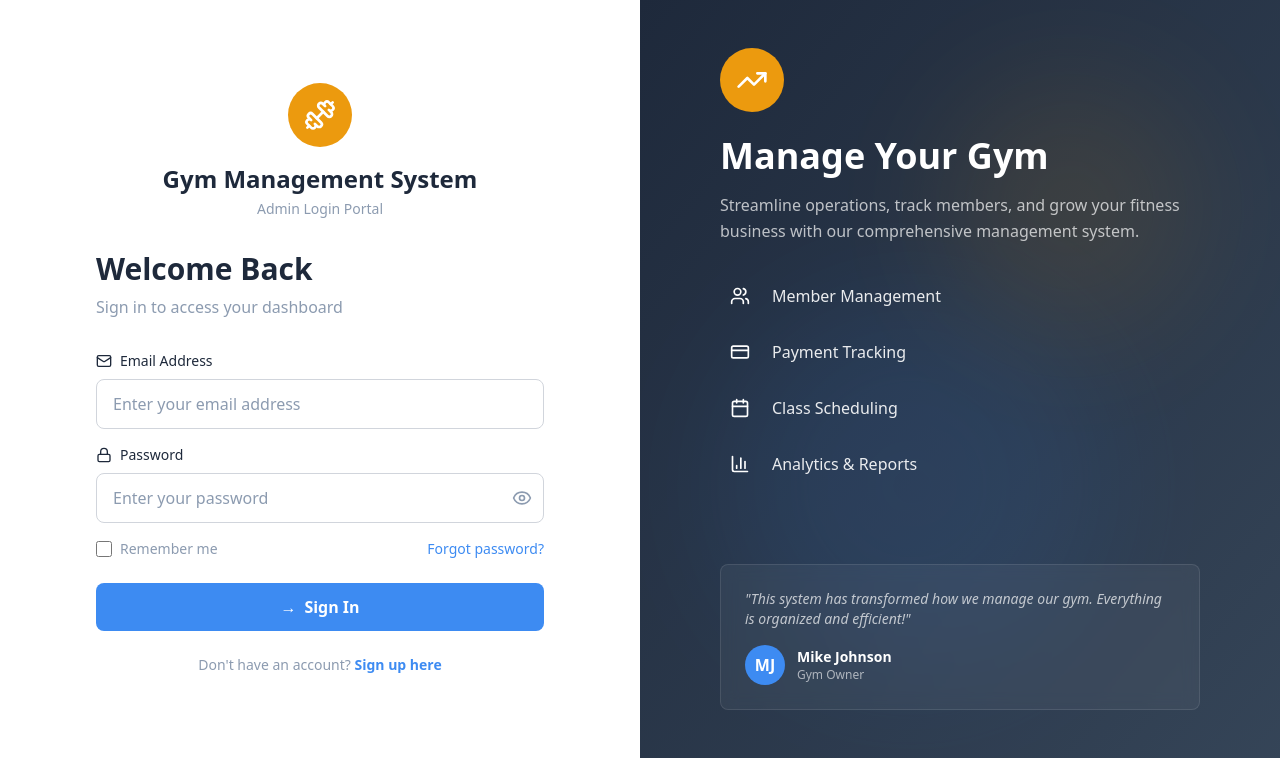
Repository: MuhammadTalhaTaj/gym_management_app_backend
Page: /login (app in frontend/)
These files come from the project's save history. The page is drawn as it stood at one moment and after the next save; the edit follows.
The browser window is 1280 px wide. The pictures show the whole page.
The project was rebuilt for these pictures with package versions that can differ from the ones it lists, and the page was loaded fresh each time. Also part of the build but not shown: frontend/vite.config.ts, frontend/src/assets/styles/AdminHeader.css, frontend/src/Components/AdminHeader.tsx, frontend/src/assets/styles/AdminDashboard.css, frontend/src/hooks/useDashboardData.ts, frontend/src/assets/styles/AdminDashboardStats.css, frontend/src/Components/AdminDashboardStats.tsx, frontend/src/Components/IncomeExpenseChart.tsx and 33 more.

Above is the page before, as saved 2025-11-20 15:00:06.

### frontend/index.html
<!doctype html>
<html lang="en">
  <head>
    <meta charset="UTF-8" />
    <link rel="icon" type="image/svg+xml" href="/vite.svg" />
    <meta name="viewport" content="width=device-width, initial-scale=1.0" />
    <title>GymManagement</title>
  </head>
  <body>
    <div id="root"></div>
    <script type="module" src="/src/main.tsx"></script>
  </body>
</html>

### frontend/src/index.css
@import "tailwindcss";
:root{
  padding: 0;
  margin: 0;
  box-sizing: border-box;
  --primary-100:#364659;
  --primary-200:#1E293B;
  --primary-300:#8C9BB0;
  --secondary-100: #EC9A0E;
  --secondary-200:#595446;
  --tertiary-100: #F24949;
  --tertiary-100-30: #584252;
  --tertiary-200: #F47117;
  --tertiary-200-30: #5A4B48;
  --tertiary-300: #11BF7F;
  --tertiary-300-30: #2B595E;
  --tertiary-400: #3D8BF2;
  --tertiary-400-30: #344E75;
  --tertiary-500: #94A3B8;
  --tertiary-600: #1E293B;
}
body{
  padding: 0;
  margin: 0;
}
.adminMain{
  display: flex;
  margin: 0;
  justify-content: space-between;
  padding: 0;
  /* border: 2px solid blue; */
}
@media all and (max-width:700px) {
  .adminMain{
    flex-direction: column;
  }
}

### frontend/src/pages/Admin/Login.tsx
// src/pages/Login.tsx
import { useState } from 'react';
import { useNavigate } from 'react-router-dom';
import { Dumbbell, TrendingUp, Users, CreditCard, Calendar, BarChart3, Eye, EyeOff, Mail, Lock } from 'lucide-react';
import { loginRequest } from '../../services/auth';

// ============= DATA FILE =============
const loginData = {
  branding: {
    title: "Gym Management System",
    subtitle: "Admin Login Portal"
  },
  welcomeSection: {
    heading: "Welcome Back",
    description: "Sign in to access your dashboard"
  },
  features: [
    {
      id: 1,
      icon: "Users",
      title: "Member Management",
      color: "tertiary-300"
    },
    {
      id: 2,
      icon: "CreditCard",
      title: "Payment Tracking",
      color: "tertiary-400"
    },
    {
      id: 3,
      icon: "Calendar",
      title: "Class Scheduling",
      color: "secondary-100"
    },
    {
      id: 4,
      icon: "BarChart3",
      title: "Analytics & Reports",
      color: "tertiary-200"
    }
  ],
  testimonial: {
    quote: "This system has transformed how we manage our gym. Everything is organized and efficient!",
    author: {
      name: "Mike Johnson",
      role: "Gym Owner",
      avatar: "MJ"
    }
  },
  rightSide: {
    title: "Manage Your Gym",
    description: "Streamline operations, track members, and grow your fitness business with our comprehensive management system."
  }
};

// ============= ICON MAPPER =============
const IconMapper = ({ iconName, className }: { iconName: string, className?: string }) => {
  const icons: Record<string, any> = {
    Users: Users,
    CreditCard: CreditCard,
    Calendar: Calendar,
    BarChart3: BarChart3,
    TrendingUp: TrendingUp,
    Dumbbell: Dumbbell
  };
  const IconComponent = icons[iconName] || Users;
  return <IconComponent className={className} />;
};

// ============= LOGO COMPONENT =============
const Logo = ({ title, subtitle }: { title: string, subtitle: string }) => (
  <div className="text-center mb-8">
    <div className="inline-flex items-center justify-center w-16 h-16 rounded-full bg-[var(--secondary-100)] mb-4">
      <Dumbbell className="w-8 h-8 text-white" />
    </div>
    <h1 className="text-2xl font-bold text-[var(--primary-200)] mb-1">
      {title}
    </h1>
    <p className="text-[var(--primary-300)] text-sm">
      {subtitle}
    </p>
  </div>
);

// ============= INPUT FIELD COMPONENT =============
const InputField = ({ label, type, placeholder, icon: Icon, value, onChange }: any) => {
  const [showPassword, setShowPassword] = useState(false);
  const inputType = type === 'password' && showPassword ? 'text' : type;

  return (
    <div className="mb-4">
      <label className="flex items-center text-sm font-medium text-[var(--primary-200)] mb-2">
        {Icon && <Icon className="w-4 h-4 mr-2" />}
        {label}
      </label>
      <div className="relative">
        <input
          type={inputType}
          placeholder={placeholder}
          value={value}
          onChange={onChange}
          className="w-full px-4 py-3 rounded-lg border border-gray-300 focus:outline-none focus:ring-2 focus:ring-[var(--tertiary-400)] focus:border-transparent text-[var(--primary-200)] placeholder-[var(--primary-300)]"
        />
        {type === 'password' && (
          <button
            type="button"
            onClick={() => setShowPassword(!showPassword)}
            className="absolute right-3 top-1/2 -translate-y-1/2 text-[var(--primary-300)] hover:text-[var(--primary-200)]"
          >
            {showPassword ? <EyeOff className="w-5 h-5" /> : <Eye className="w-5 h-5" />}
          </button>
        )}
      </div>
    </div>
  );
};

// ============= SOCIAL LOGIN BUTTON =============
// const SocialLoginButton = ({ provider, icon }: any) => (
//   <button className="flex items-center justify-center w-full px-4 py-3 rounded-lg border border-gray-300 hover:bg-gray-50 transition-colors">
//     {icon}
//     <span className="ml-2 text-[var(--primary-200)] font-medium">{provider}</span>
//   </button>
// );

// ============= FEATURE ITEM COMPONENT =============
const FeatureItem = ({ icon, title }: any) => (
  <div className="flex items-center space-x-3 mb-4">
    <div className={`w-10 h-10 rounded-full bg-[var(--primary-300})] flex items-center justify-center flex-shrink-0`}>
      <IconMapper iconName={icon} className="w-5 h-5 text-white" />
    </div>
    <span className="text-white/90 font-medium">{title}</span>
  </div>
);

// ============= TESTIMONIAL COMPONENT =============
const Testimonial = ({ quote, author }: any) => (
  <div className="mt-8 p-6 bg-white/5 backdrop-blur-sm rounded-lg border border-white/10">
    <p className="text-white/70 italic text-sm mb-4">"{quote}"</p>
    <div className="flex items-center space-x-3">
      <div className="w-10 h-10 rounded-full bg-[var(--tertiary-400)] flex items-center justify-center text-white font-bold">
        {author.avatar}
      </div>
      <div>
        <p className="text-white font-semibold text-sm">{author.name}</p>
        <p className="text-white/60 text-xs">{author.role}</p>
      </div>
    </div>
  </div>
);

// ============= LEFT PANEL - LOGIN FORM =============
const LoginForm = ({ data }: any) => {
  const [email, setEmail] = useState('');
  const [password, setPassword] = useState('');
  const [rememberMe, setRememberMe] = useState(false);
  const [loading, setLoading] = useState(false);
  const [error, setError] = useState<string | null>(null);

  const navigate = useNavigate();

  const handleSubmit = async () => {
    setError(null);
    setLoading(true);

    try {
      await loginRequest({ email, password }, rememberMe);
      // res has { accessToken, refreshToken, user }
      // navigate to dashboard
      navigate('/dashboard');
    } catch (err: any) {
      // preserve message from backend when available
      setError(err?.message || 'Login failed. Please check your credentials.');
    } finally {
      setLoading(false);
    }
  };

  return (
    <div className="w-full lg:w-1/2 bg-white p-8 lg:p-12 flex items-center justify-center">
      <div className="w-full max-w-md">
        <Logo title={data.branding.title} subtitle={data.branding.subtitle} />

        <div className="mb-8">
          <h2 className="text-3xl font-bold text-[var(--primary-200)] mb-2">
            {data.welcomeSection.heading}
          </h2>
          <p className="text-[var(--primary-300)]">
            {data.welcomeSection.description}
          </p>
        </div>

        <div>
          <InputField
            label="Email Address"
            type="email"
            placeholder="Enter your email address"
            icon={Mail}
            value={email}
            onChange={(e: any) => setEmail(e.target.value)}
          />

          <InputField
            label="Password"
            type="password"
            placeholder="Enter your password"
            icon={Lock}
            value={password}
            onChange={(e: any) => setPassword(e.target.value)}
          />

          <div className="flex items-center justify-between mb-6">
            <label className="flex items-center cursor-pointer">
              <input
                type="checkbox"
                checked={rememberMe}
                onChange={(e) => setRememberMe(e.target.checked)}
                className="w-4 h-4 text-[var(--tertiary-400)] border-gray-300 rounded focus:ring-[var(--tertiary-400)]"
              />
              <span className="ml-2 text-sm text-[var(--primary-300)]">Remember me</span>
            </label>
            <button className="text-sm text-[var(--tertiary-400)] hover:underline">
              Forgot password?
            </button>
          </div>

          <button
            onClick={handleSubmit}
            disabled={loading}
            className="w-full bg-[var(--tertiary-400)] text-white py-3 rounded-lg font-semibold hover:opacity-90 transition-opacity mb-6 flex items-center justify-center"
          >
            <span className="mr-2">{loading ? 'Signing in...' : '→'}</span>
            {loading ? 'Please wait' : 'Sign In'}
          </button>

          {error && (
            <div className="mb-4 text-sm text-red-600">
              {error}
            </div>
          )}

          {/* <div className="relative mb-6">
            <div className="absolute inset-0 flex items-center">
              <div className="w-full border-t border-gray-300"></div>
            </div>
            <div className="relative flex justify-center text-sm">
              <span className="px-4 bg-white text-[var(--primary-300)]">Or continue with</span>
            </div>
          </div>

          <div className="grid grid-cols-2 gap-4 mb-6">
            <SocialLoginButton
              provider="Google"
              icon={
                <svg className="w-5 h-5" viewBox="0 0 24 24">
                  <path fill="#EA4335" d="M5.266 9.765A7.077 7.077 0 0 1 12 4.909c1.69 0 3.218.6 4.418 1.582L19.91 3C17.782 1.145 15.055 0 12 0 7.27 0 3.198 2.698 1.24 6.65l4.026 3.115Z"/>
                  <path fill="#34A853" d="M16.04 18.013c-1.09.703-2.474 1.078-4.04 1.078a7.077 7.077 0 0 1-6.723-4.823l-4.04 3.067A11.965 11.965 0 0 0 12 24c2.933 0 5.735-1.043 7.834-3l-3.793-2.987Z"/>
                  <path fill="#4A90E2" d="M19.834 21c2.195-2.048 3.62-5.096 3.62-9 0-.71-.109-1.473-.272-2.182H12v4.637h6.436c-.317 1.559-1.17 2.766-2.395 3.558L19.834 21Z"/>
                  <path fill="#FBBC05" d="M5.277 14.268A7.12 7.12 0 0 1 4.909 12c0-.782.125-1.533.357-2.235L1.24 6.65A11.934 11.934 0 0 0 0 12c0 1.92.445 3.73 1.237 5.335l4.04-3.067Z"/>
                </svg>
              }
            />
            <SocialLoginButton
              provider="Microsoft"
              icon={
                <svg className="w-5 h-5" viewBox="0 0 23 23">
                  <path fill="#f3f3f3" d="M0 0h23v23H0z"/>
                  <path fill="#f35325" d="M1 1h10v10H1z"/>
                  <path fill="#81bc06" d="M12 1h10v10H12z"/>
                  <path fill="#05a6f0" d="M1 12h10v10H1z"/>
                  <path fill="#ffba08" d="M12 12h10v10H12z"/>
                </svg>
              }
            />
          </div> */}

          <p className="text-center text-sm text-[var(--primary-300)]">
            Don't have an account?{' '}
            <button className="text-[var(--tertiary-400)] hover:underline font-semibold">
              Sign up here
            </button>
          </p>
        </div>
      </div>
    </div>
  );
};

// ============= RIGHT PANEL - INFO SECTION =============
const InfoPanel = ({ data }: any) => (
  <div className="hidden lg:flex w-1/2 bg-[var(--primary-200)] relative overflow-hidden">
    {/* Background overlay */}
    <div className="absolute inset-0 bg-gradient-to-br from-[var(--primary-200)] to-[var(--primary-100)] opacity-95"></div>

    {/* Decorative elements */}
    <div className="absolute top-20 right-20 w-64 h-64 bg-[var(--secondary-100)] rounded-full opacity-10 blur-3xl"></div>
    <div className="absolute bottom-20 left-20 w-96 h-96 bg-[var(--tertiary-400)] rounded-full opacity-10 blur-3xl"></div>

    <div className="relative z-10 p-12 flex flex-col justify-center w-full max-w-xl mx-auto">
      <div className="inline-flex items-center justify-center w-16 h-16 rounded-full bg-[var(--secondary-100)] mb-6">
        <TrendingUp className="w-8 h-8 text-white" />
      </div>

      <h2 className="text-4xl font-bold text-white mb-4">
        {data.rightSide.title}
      </h2>

      <p className="text-white/70 mb-8 leading-relaxed">
        {data.rightSide.description}
      </p>

      <div className="space-y-4 mb-8">
        {data.features.map((feature: any) => (
          <FeatureItem
            key={feature.id}
            icon={feature.icon}
            title={feature.title}
            color={feature.color}
          />
        ))}
      </div>

      <Testimonial
        quote={data.testimonial.quote}
        author={data.testimonial.author}
      />
    </div>
  </div>
);

// ============= MAIN APP COMPONENT =============
export default function Login() {
  return (
    <div className="min-h-screen flex flex-col lg:flex-row bg-gray-50">
      <LoginForm data={loginData} />
      <InfoPanel data={loginData} />
    </div>
  );
}

### frontend/src/services/auth.ts
// src/services/auth.ts
import { apiRequest } from "../config/api";

export interface LoginPayload {
  email: string;
  password: string;
}

/**
 * Call backend /auth/login and persist tokens + user.
 * If remember === true -> localStorage, else sessionStorage.
 */
export async function loginRequest(payload: LoginPayload, remember = false) {
  const data = await apiRequest({
    method: "POST",
    endpoint: "/auth/login",
    body: payload
  });

  // backend returns { accessToken, refreshToken, user: { ... } }
  const { accessToken, refreshToken, user } = data;

  // const storage = remember ? localStorage : sessionStorage;
  const storage = remember ? localStorage : localStorage;

  storage.setItem("accessToken", accessToken);
  storage.setItem("refreshToken", refreshToken);
  storage.setItem("user", JSON.stringify(user));
  storage.setItem("userId", user.id);
  // storage.setItem("userId", user.id);
  // storage.setItem("userId", user.id);

  // also keep a copy in the other storage if user chose localStorage to be thorough (not required)
  if (remember) {
    // optional: keep nothing in sessionStorage if remember = true
  }

  return { accessToken, refreshToken, user };
}

/**
 * helper to clear auth (logout)
 */
export function clearAuth() {
  localStorage.removeItem("accessToken");
  localStorage.removeItem("refreshToken");
  localStorage.removeItem("user");
  sessionStorage.removeItem("accessToken");
  sessionStorage.removeItem("refreshToken");
  sessionStorage.removeItem("user");
  localStorage.removeItem("userId");
}

### frontend/src/config/auth.ts
// src/config/auth.ts
const ACCESS_TOKEN_KEY = "accessToken";

/**
 * Read access token (prefers localStorage, fallbacks to sessionStorage)
 */
export function readAccessToken(): string | null {
  return localStorage.getItem(ACCESS_TOKEN_KEY) || sessionStorage.getItem(ACCESS_TOKEN_KEY);
}

/**
 * Store access token.
 * If `persist` true -> save to localStorage, otherwise sessionStorage.
 */
export function setAccessToken(token: string | null, persist = true) {
  if (!token) {
    localStorage.removeItem(ACCESS_TOKEN_KEY);
    sessionStorage.removeItem(ACCESS_TOKEN_KEY);
    return;
  }
  if (persist) {
    localStorage.setItem(ACCESS_TOKEN_KEY, token);
    sessionStorage.removeItem(ACCESS_TOKEN_KEY);
  } else {
    sessionStorage.setItem(ACCESS_TOKEN_KEY, token);
    localStorage.removeItem(ACCESS_TOKEN_KEY);
  }
}

/**
 * Clear tokens
 */
export function clearTokens() {
  localStorage.removeItem(ACCESS_TOKEN_KEY);
  sessionStorage.removeItem(ACCESS_TOKEN_KEY);
}

/**
 * Call refresh endpoint to obtain a fresh access token.
 * Note: This request includes credentials because your backend may store refresh token in an httpOnly cookie.
 */
let AUTH_BASE_URL = (import.meta.env.VITE_API_URL || "http://localhost:4000").replace(/\/$/, "");

export async function refreshAccessToken(): Promise<string> {
  const url = `${AUTH_BASE_URL}/auth/refreshToken`;

  const res = await fetch(url, {
    method: "POST",
    // include cookies to allow the server to find httpOnly refresh cookie
    credentials: "include",
    headers: {
      "Content-Type": "application/json"
    },
    // no body needed because your server reads cookie/header
  });

  // If server returns non-JSON or non-ok, try to parse but handle gracefully
  let data: any = {};
  try {
    data = await res.json();
  } catch (e) {
    // ignore parse error
  }

  if (!res.ok) {
    // throw useful error with body message if present
    const message = data?.message || `Failed to refresh access token (status ${res.status})`;
    throw new Error(message);
  }

  if (!data?.accessToken) {
    throw new Error("Refresh succeeded but no accessToken returned");
  }

  // store returned token (persist behavior up to you; default persist)
  setAccessToken(data.accessToken, true);
  return data.accessToken;
}

/**
 * App-level callback when refresh fails (e.g., redirect to /login)
 */
let authFailureHandler: (() => void) | null = null;
export function onAuthFailure(handler: () => void) {
  authFailureHandler = handler;
}
export function callAuthFailureHandler() {
  if (typeof authFailureHandler === "function") authFailureHandler();
}

Loaded but not shown: frontend/src/main.tsx (common file); frontend/src/config/api.ts (123 lines, source omitted); frontend/src/App.tsx (68 lines, source omitted)

After the next save:
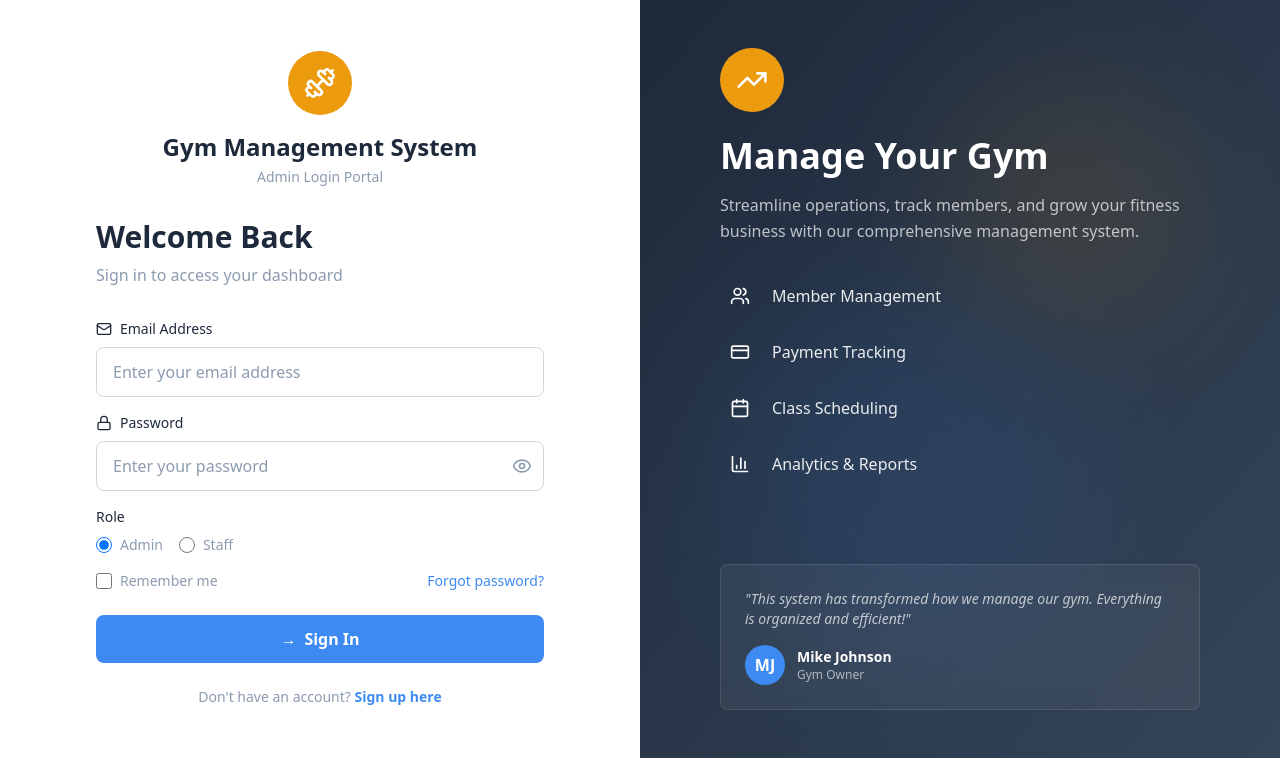
Saved 8 min 9 s later.
--- a/frontend/src/pages/Admin/Login.tsx
+++ b/frontend/src/pages/Admin/Login.tsx
@@ -116,14 +116,6 @@ const InputField = ({ label, type, placeholder, icon: Icon, value, onChange }: a
   );
 };
 
-// ============= SOCIAL LOGIN BUTTON =============
-// const SocialLoginButton = ({ provider, icon }: any) => (
-//   <button className="flex items-center justify-center w-full px-4 py-3 rounded-lg border border-gray-300 hover:bg-gray-50 transition-colors">
-//     {icon}
-//     <span className="ml-2 text-[var(--primary-200)] font-medium">{provider}</span>
-//   </button>
-// );
-
 // ============= FEATURE ITEM COMPONENT =============
 const FeatureItem = ({ icon, title }: any) => (
   <div className="flex items-center space-x-3 mb-4">
@@ -154,6 +146,9 @@ const Testimonial = ({ quote, author }: any) => (
 const LoginForm = ({ data }: any) => {
   const [email, setEmail] = useState('');
   const [password, setPassword] = useState('');
+  // new: role selection
+  const [role, setRole] = useState<'Admin' | 'Staff'>('Admin');
+
   const [rememberMe, setRememberMe] = useState(false);
   const [loading, setLoading] = useState(false);
   const [error, setError] = useState<string | null>(null);
@@ -165,7 +160,7 @@ const LoginForm = ({ data }: any) => {
     setLoading(true);
 
     try {
-      await loginRequest({ email, password }, rememberMe);
+      await loginRequest({ email, password, role }, rememberMe);
       // res has { accessToken, refreshToken, user }
       // navigate to dashboard
       navigate('/dashboard');
@@ -209,6 +204,39 @@ const LoginForm = ({ data }: any) => {
             value={password}
             onChange={(e: any) => setPassword(e.target.value)}
           />
+
+          {/* NEW: Role radio buttons (Admin / Staff) */}
+          <div className="mb-4">
+            <label className="flex items-center text-sm font-medium text-[var(--primary-200)] mb-2">
+              Role
+            </label>
+            <div className="flex items-center space-x-4">
+              <label className="flex items-center cursor-pointer text-[var(--primary-300)]">
+                <input
+                  type="radio"
+                  name="role"
+                  value="Admin"
+                  checked={role === 'Admin'}
+                  onChange={() => setRole('Admin')}
+                  className="w-4 h-4 text-[var(--tertiary-400)] border-gray-300 rounded focus:ring-[var(--tertiary-400)]"
+                />
+                <span className="ml-2 text-sm">Admin</span>
+              </label>
+
+              <label className="flex items-center cursor-pointer text-[var(--primary-300)]">
+                <input
+                  type="radio"
+                  name="role"
+                  value="Staff"
+                  checked={role === 'Staff'}
+                  onChange={() => setRole('Staff')}
+                  className="w-4 h-4 text-[var(--tertiary-400)] border-gray-300 rounded focus:ring-[var(--tertiary-400)]"
+                />
+                <span className="ml-2 text-sm">Staff</span>
+              </label>
+            </div>
+          </div>
+          {/* END role radios */}
 
           <div className="flex items-center justify-between mb-6">
             <label className="flex items-center cursor-pointer">
@@ -240,41 +268,6 @@ const LoginForm = ({ data }: any) => {
             </div>
           )}
 
-          {/* <div className="relative mb-6">
-            <div className="absolute inset-0 flex items-center">
-              <div className="w-full border-t border-gray-300"></div>
-            </div>
-            <div className="relative flex justify-center text-sm">
-              <span className="px-4 bg-white text-[var(--primary-300)]">Or continue with</span>
-            </div>
-          </div>
-
-          <div className="grid grid-cols-2 gap-4 mb-6">
-            <SocialLoginButton
-              provider="Google"
-              icon={
-                <svg className="w-5 h-5" viewBox="0 0 24 24">
-                  <path fill="#EA4335" d="M5.266 9.765A7.077 7.077 0 0 1 12 4.909c1.69 0 3.218.6 4.418 1.582L19.91 3C17.782 1.145 15.055 0 12 0 7.27 0 3.198 2.698 1.24 6.65l4.026 3.115Z"/>
-                  <path fill="#34A853" d="M16.04 18.013c-1.09.703-2.474 1.078-4.04 1.078a7.077 7.077 0 0 1-6.723-4.823l-4.04 3.067A11.965 11.965 0 0 0 12 24c2.933 0 5.735-1.043 7.834-3l-3.793-2.987Z"/>
-                  <path fill="#4A90E2" d="M19.834 21c2.195-2.048 3.62-5.096 3.62-9 0-.71-.109-1.473-.272-2.182H12v4.637h6.436c-.317 1.559-1.17 2.766-2.395 3.558L19.834 21Z"/>
-                  <path fill="#FBBC05" d="M5.277 14.268A7.12 7.12 0 0 1 4.909 12c0-.782.125-1.533.357-2.235L1.24 6.65A11.934 11.934 0 0 0 0 12c0 1.92.445 3.73 1.237 5.335l4.04-3.067Z"/>
-                </svg>
-              }
-            />
-            <SocialLoginButton
-              provider="Microsoft"
-              icon={
-                <svg className="w-5 h-5" viewBox="0 0 23 23">
-                  <path fill="#f3f3f3" d="M0 0h23v23H0z"/>
-                  <path fill="#f35325" d="M1 1h10v10H1z"/>
-                  <path fill="#81bc06" d="M12 1h10v10H12z"/>
-                  <path fill="#05a6f0" d="M1 12h10v10H1z"/>
-                  <path fill="#ffba08" d="M12 12h10v10H12z"/>
-                </svg>
-              }
-            />
-          </div> */}
-
           <p className="text-center text-sm text-[var(--primary-300)]">
             Don't have an account?{' '}
             <button className="text-[var(--tertiary-400)] hover:underline font-semibold">
